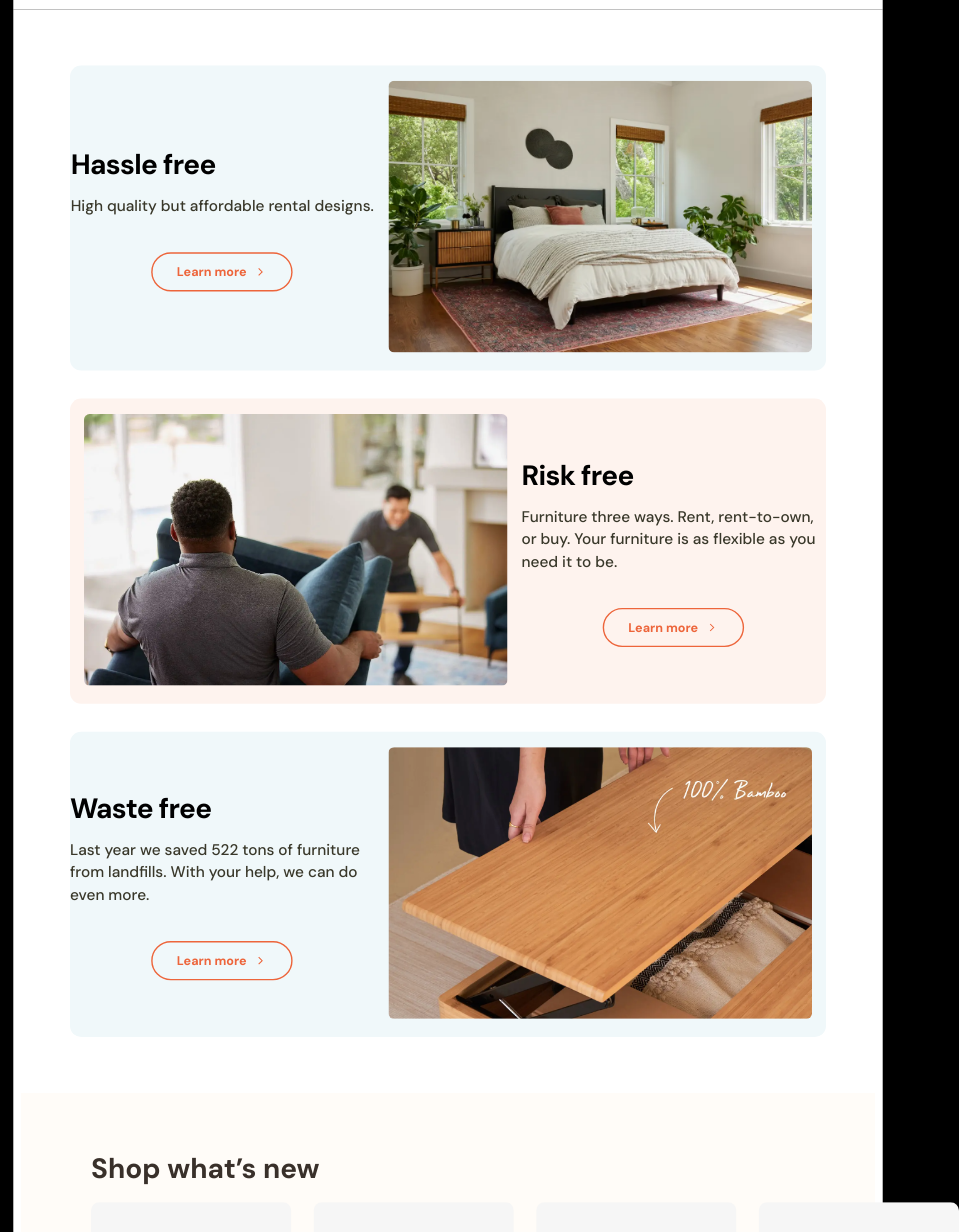
Repository: noman-source/Furniture-website
Page: index.html
These files come from the project's save history. The page is drawn as it stood at one moment and after a run of saves; the edit follows.
The browser window is 1280 px wide. The page is 1370 px wide, so the pictures cover 1370 px, including what lies to the right of the window. The pictures show the part of the page from y = 1788 to 3548 px (the page is 4317 px tall), at 70% of full size.
Some web fonts or font styles are not loaded; a fallback is used.

Above is the page before, as saved 2025-07-05 06:21:08.

### index.html
<!DOCTYPE html>
<html lang="en">

<head>
    <meta charset="UTF-8">
    <meta name="viewport" content="width=device-width, initial-scale=1.0">
    <title>Document</title>
    <link rel="stylesheet" href="style.css">
</head>

<body>
    <header>
        <div class="navbar">
            <div class="nav-left">
                <ul>
                    <li>Cards</li>
                    <li>About</li>
                    <li>App</li>
                </ul>
            </div>
            <div class="nav-center">
                <ul>
                    <li><img src="asserts/svg/navbar-logo.svg" alt=""></li>
                    <li>Halal_Lab</li>
                </ul>
            </div>
            <div class="nav-right"><button><img src="asserts/svg/search.svg" alt="">Check delivery area</button></div>
        </div>
    </header>
    <main>
        <div class="section1">
            <div class="section1-left">
                <div class="section1-text">
                    <h2>An innovative way to make furniture lighter</h2>
                    <h4>Discover hassle-free delivery, free assembly and the flexibility to rent, rent-to-own or buy.
                    </h4>
                    <div class="section1-butt"><button>
                            <p>Start shopping</p><img src="asserts/svg/arrow.svg" alt="">
                        </button></div>
                </div>
            </div>
            <div class="section1-right">
                <img src="asserts/image/img 1.jpg" alt="">
            </div>
        </div>
        <div class="section2">
            <ul>
                <li><img src="asserts/svg/checkmark-circle-01.svg" alt="">Fast, free delivery & assembly</li>
                <li><img src="asserts/svg/checkmark-circle-01.svg" alt="">Convenient rent or buy options</li>
                <li><img src="asserts/svg/checkmark-circle-01.svg" alt="">Low upfront costs for all rentals</li>
                <li><img src="asserts/svg/checkmark-circle-01.svg" alt="">Flexibility to buy out rental items later</li>
            </ul>
        </div>
        <div class="section3">
            <p>About our product</p>
            <div class="section3-content">
                <div class="box box1">
                    <div class="circle"><img src="asserts/svg/upload-03.svg" alt=""></div>
                    <p>We provide a high quality rental at an affordable price</p>
                </div>
                <div class="box box2">
                    <div class="circle"><img src="asserts/svg/drawing-mode.svg" alt=""></div>
                    <p>Feather has made furniture rentals
                        cool again.</p>
                </div>
                <div class="box box3">
                    <div class="circle"><img src="asserts/svg/cabinet-01.svg" alt=""></div>
                    <p>Ease the pain of moving from
                        apartment to apartment.</p>
                </div>

            </div>
        </div>
        <div class="section4">
            <p>Browse by room</p>
            <div class="section4-content">
                <div class="box box1"><img src="asserts/image/img 2.png" alt="">
                    <p>Office <img src="asserts/svg/Vector.svg" alt=""></p>
                </div>
                <div class="box box2"><img src="asserts/image/img 3.png" alt="">
                    <p>Bedroom <img src="asserts/svg/Vector.svg" alt=""></p>
                </div>
                <div class="box box3"><img src="asserts/image/img 4.png" alt="">
                    <p>Living room <img src="asserts/svg/Vector.svg" alt=""></p>
                </div>
                <div class="box box4"><img src="asserts/image/img 5.png" alt="">
                    <p>Dining room <img src="asserts/svg/Vector.svg" alt=""></p>
                </div>
            </div>
        </div>
        <div class="section5">
            <div class="section5-top">
                <div class="left">
                    <div class="text">
                        <h3>Hassle free</h3>
                        <p>High quality but affordable rental designs.</p>
                    </div>
                    <div class="button"><button>Learn more <img src="asserts/svg/arrow-down-01.svg" alt=""></button>
                    </div>
                </div>
                <div class="right"><img src="asserts/image/img 6.png" alt=""></div>
            </div>
            <div class="section5-middle">
                <div class="right"><img src="asserts/image/img 7.png" alt=""></div>
                <div class="left">
                    <div class="text">
                        <h3>Risk free</h3>
                        <p>Furniture three ways. Rent, rent-to-own, or buy. Your furniture is as flexible as you need it
                            to be.</p>
                    </div>
                    <div class="button"><button>Learn more <img src="asserts/svg/arrow-down-01.svg" alt=""></button>
                    </div>
                </div>
            </div>
            <div class="section5-end">
                <div class="left">
                    <div class="text">
                        <h3>Waste free</h3>
                        <p>Last year we saved 522 tons of furniture from landfills. With your help, we can do even more.
                        </p>
                    </div>
                    <div class="button"><button>Learn more <img src="asserts/svg/arrow-down-01.svg" alt=""></button>
                    </div>
                </div>
                <div class="right"><img src="asserts/image/img 8.png" alt=""></div>
            </div>
        </div>
        <div class="section6">
            <div class="section6-content">
                <h3>Shop what’s new</h3>
                <div class="boxes">
                    <div class="box">
                        <div class="box-top"><img src="asserts/image/img 9.png" alt=""></div>
                        <div class="box-bottom">
                            <h4>Valencia Modular </h4>
                            <p>$2,999</p>
                        </div>
                    </div>
                    <div class="box">
                        <div class="box-top"><img src="asserts/image/img 10.png" alt=""></div>
                        <div class="box-bottom">
                            <h4>The Floyd sofa</h4>
                            <p>$1200</p>
                        </div>
                    </div>
                    <div class="box">
                        <div class="box-top"><img src="asserts/image/img 11.png" alt=""></div>
                        <div class="box-bottom">
                            <h4>Playa Outdoor</h4>
                            <p>$1999</p>
                        </div>
                    </div>
                    <div class="box">
                        <div class="box-top"><img src="asserts/image/img 12.png" alt=""></div>
                        <div class="box-bottom">
                            <h4>Remi standing</h4>
                            <p>$2,999</p>
                        </div>
                    </div>
                </div>
            </div>
        </div>
    </main>

    <footer>
        <div class="boxes">
            <div class="box box1">
                <div class="box1-top">
                    <p>Be in the know<br>
                        Get the latest products, promotions, and design tips in your inbox. Sign up and get 25% off your
                        first month.</p>
                </div>
                <div class="box1-bottom"><input type="email"placeholder="Email"><button>Submit</button></div>
            </div>
            <div class="box box2"><ul>
                <li>Shop</li>
                <li>The Goods</li>
                <li>Feather for Business</li>
                <li>Get design help</li>
            </ul></div>
            <div class="box box3"><ul>
                <li>Help</li>
                <li>hello@livefeather.com</li>
                <li>FAQs</li>
            </ul></div>
            <div class="box box4"><ul>
                <li>Follow us</li>
                <li><img src="asserts/svg/Instagram.svg" alt=""><img src="asserts/svg/Twitter.svg" alt=""><img src="asserts/svg/pinterest.svg" alt=""><img src="asserts/svg/Facebook.svg" alt=""><img src="asserts/svg/linkdin.svg" alt=""></li>
            </ul></div>
        </div>
    </footer>

</body>

</html>

### style.css
@import url('https://fonts.googleapis.com/css2?family=DM+Sans:ital,opsz,wght@0,9..40,100..1000;1,9..40,100..1000&family=EB+Garamond:ital,wght@0,400..800;1,400..800&family=Flow+Circular&family=Montserrat:ital,wght@0,100..900;1,100..900&family=Open+Sans:ital,wght@0,300..800;1,300..800&family=Ramabhadra&display=swap');
body {
    font-family: "DM Sans", sans-serif;
    background-color: black;
}

.website {
    background-color: white;
}

* {
    margin: 0;
    padding: 0;
}

header .navbar {
    width: 97%;
    margin: auto;
    height: 72px;
    display: flex;
    justify-content: space-around;
    align-items: center;
    background-color: rgb(246, 244, 244);
    gap: 13%;
    border-bottom: 1px solid #E4E4E4;
}

header .navbar .nav-left {
    font-size: 16px;
    font-weight: 500;
    line-height: 24px;
    letter-spacing: -1%;
}

header .navbar .nav-left ul {
    display: flex;
    justify-content: center;
    align-items: center;
    gap: 50px;
}

header .navbar .nav-left ul li {
    list-style-type: none;
}

header .navbar .nav-center ul {
    display: flex;
    justify-content: center;
    align-items: center;
    gap: 10px;
    font-family: "Ramabhadra", sans-serif;
}

header .navbar .nav-center ul li {
    list-style-type: none;
    font-size: 18px;
    font-weight: 400;
    display: flex;
    justify-content: center;
    align-items: center;
}

header .navbar .nav-right button {
    width: 130%;
    height: 40px;
    background-color: #FD653E;
    border-radius: 32px;
    border: none;
    transform: translateX(-50px);
    display: flex;
    justify-content: center;
    align-items: center;
    gap: 15px;
    font-size: 16px;
    font-weight: 700;
    color: white;
}

main .section1 {
    width: 97%;
    margin: auto;
    height: 588px;
    background-color: #FFF3EF;
    display: flex;
    justify-content: space-around;
    align-items: center;
}

main .section1 .section1-right {
    width: 50%;
    display: flex;
    justify-content: center;
    align-items: center;
}

main .section1 .section1-left {
    width: 50%;
}

main .section1 .section1-left .section1-text {
    width: 70%;
    margin: auto;
    height: 250px;
    display: flex;
    flex-direction: column;
    gap: 20px;
}

main .section1 .section1-left .section1-text h2 {
    font-size: 48px;
    font-weight: 700;
}

main .section1 .section1-left .section1-text p {
    font-size: 18px;
    font-weight: 400;
    color: #39382A;
}

main .section1 .section1-left .section1-text button {
    width: 235px;
    height: 56px;
    display: flex;
    justify-content: center;
    align-items: center;
    gap: 10px;
    border-radius: 32px;
    border: transparent;
    background-color: #ED653B;
}

main .section1 .section1-left .section1-text button p {
    color: white;
    font-size: 20px;
    font-weight: 700;
    font-family: "DM Sans", sans-serif;
}

main .section1 .section1-right img {
    width: 645px;
    border-radius: 12px;
}

.section2 {
    height: 74px;
    width: 97%;
    margin: auto;
    background-color: #ECF4E9;
}

.section2 ul {
    height: 74px;
    display: flex;
    justify-content: space-between;
    align-items: center;
}

.section2 ul li {
    font-family: "DM Sans", sans-serif;
    list-style-type: none;
    display: flex;
    justify-content: center;
    align-items: center;
    gap: 5px;
    font-size: 18px;
    font-weight: 400;
}

.section3 {
    width: 97%;
    margin: auto;
    height: 516px;
    background-color: white;
}

.section3>p {
    font-size: 40px;
    font-weight: 700;
    height: 170px;
    display: flex;
    color: #39302A;
    justify-content: center;
    align-items: center;
}

.section3-content {
    display: flex;
    justify-content: center;
    align-items: center;
    gap: 32px;
}

.section3-content .box {
    width: 392px;
    border-radius: 12px;
    height: 244px;
    display: flex;
    align-items: center;
    justify-content: center;
    flex-direction: column;
    gap: 50px;
    box-shadow: 12px 16px 50px 0px #9A9A9A1F;
}

.section3-content .box .circle {
    width: 50px;
    height: 50px;
    transform: translateY(30px);
    gap: 10px;
    border-radius: 99px;
    /* Corrected to 99px based on later image */
    padding: 16px;
    /* Corrected to 16px based on later image */
    background-color: #E3E3E373;
    /* Corrected to #E3E3E3 based on later image */
}

.section3-content .box p {
    width: 373px;
    margin: auto;
    display: flex;
    font-family: DM Sans;
    font-weight: 500;
    font-size: 22px;
    line-height: 32px;
    text-align: center;
    /* letter-spacing: 0%; */
    /* vertical-align: middle; */
}

.section4 {
    width: 97%;
    margin: auto;
    height: 551px;
    background-color: white;
}

.section4>p {
    font-weight: 700;
    font-size: 40px;
    line-height: 56px;
    letter-spacing: -0.96px;
    padding-top: 50px;
    padding-left: 100px;
    /* Added based on later image */
}

.section4 .section4-content {
    height: 287px;
    display: flex;
    justify-content: flex-start;
    padding-left: 100px;
    padding-top: 50px;
    gap: 32px;
}

.section4 .section4-content .box {
    height: 287px;
    display: flex;
    flex-direction: column;
    gap: 20px;
}

.section4 .section4-content .box>img {
    height: 239px;
    width: 285px;
    border-radius: 12px;
}

.section4 .section4-content .box p {
    font-family: DM Sans;
    font-weight: 500;
    font-size: 22px;
    line-height: 32px;
    display: flex;
    gap: 16px;
    /* Corrected to 16px based on later image */
    justify-content: flex-start;
    align-items: center;
    /* Added based on later image */
    color: #39382A;
    /* Added based on later image */
}

.section5 {
    height: 1548px;
    background-color: white;
    width: 97%;
    margin: auto;
    display: flex;
    justify-content: center;
    align-items: center;
    flex-direction: column;
    gap: 40px;
}

.section5>.section5-top,
.section5-middle,
.section5-end {
    height: 436px;
    width: 87%;
    border-radius: 16px;
    /* border: 2px solid #E4E4E4; */
    /* margin: auto; */
}

.section5 .section5-top {
    background-color: #F0F8Fa;
    display: flex;
    justify-content: space-around;
    align-items: center;
}

.section5 .section5-middle {
    background-color: #FEF3EE;
    display: flex;
    justify-content: space-around;
    align-items: center;
}

.section5 .section5-end {
    background-color: #F0F8FA;
    display: flex;
    justify-content: space-around;
    align-items: center;
}

.section5 .right img {
    width: 605px;
    height: 388px;
    border-radius: 8px;
}

.section5 .left {
    width: 50%;
    display: flex;
    flex-direction: column;
    justify-content: center;
    align-items: center;
    gap: 50px;
}

.section5 .left .text {
    display: flex;
    flex-direction: column;
    gap: 16px;
    font-family: DM Sans;
    font-weight: 500;
    font-style: Medium;
    font-size: 22px;
    line-height: 32px;
    letter-spacing: 0%;
    vertical-align: middle;

}

.section5 .left .button {
    display: flex;
    justify-content: flex-start;
}

.section5 .left .text button {
    width: 400px;
}

.section5 .right {
    padding: 20px;
}

.section5 h3 {
    font-weight: 700;
    font-size: 40px;
    line-height: 56px;
    letter-spacing: -0.96px;
}

.section5 p {
    font-family: DM Sans;
    font-weight: 500;
    font-size: 22px;
    line-height: 32px;
    letter-spacing: 0%;
    /* Added based on later image */
    vertical-align: middle;
    /* Added based on later image */
    color: #39382A;
    /* Added based on later image */
}

.section5 .left button {
    width: 202px;
    height: 56px;
    gap: 10px;
    border-width: 1px;
    padding-top: 16px;
    padding-right: 32px;
    padding-bottom: 16px;
    padding-left: 32px;
    border-radius: 32px;
    background-color: transparent;
    border: 2px solid #ED653B;
    color: #ED653B;
    display: flex;
    justify-content: center;
    align-items: center;
    font-family: DM Sans;
    font-weight: 700;
    font-size: 18px;
}

.section6 {
    background-color: white;
    height: 730px;
    width: 97%;
    margin: auto;
}

.section6 img {
    width: 286px;
    height: 203px;
    border-radius: 12px;
}

.section6 .section6-content {
    height: 548px;
    background-color: #FFFCF8;
    width: 90.2%;
    margin: auto;
    padding-left: 100px;
    padding-top: 80px;
    display: flex;
    flex-direction: column;
    gap: 20px;
}

.section6-content .boxes {
    display: flex;
    gap: 32px;
}

.section6-content .boxes .box {
    display: flex;
    flex-direction: column;
    gap: 19px;
}

.section6 h3 {
    /* font-family: Circular Std; */
    font-weight: 700;
    font-size: 40px;
    line-height: 56px;
    letter-spacing: 0px;
    vertical-align: middle;
    color: #39302A;
}

.section6-content .box-bottom {
    display: flex;
    flex-direction: column;
    gap: 4px;
}

.section6-content .box-bottom h4 {
    font-family: DM Sans;
    font-weight: 500;
    font-size: 18px;
    line-height: 26px;
    letter-spacing: 0%;
    vertical-align: middle;
    color: #39302A;
}

.section6-content .box-bottom p {
    font-family: DM Sans;
    font-weight: 500;
    font-size: 16px;
    line-height: 24px;
    letter-spacing: -1%;
    vertical-align: middle;
    color: #ED653B;
}

footer {
    border-top: 1px solid #DCD8D5;
    width: 97%;
    background-color: white;
    height: 236px;
    margin: auto;
    display: flex;
    justify-content: center;
    align-items: center;
    /* transform: translateY(130px); */
}

footer .boxes {
    display: grid;
    grid-template-columns: 401px 186px 186px 170px;
    width: 85%;
    margin: auto;
    /* background-color: #39382A; */
    height: 144px;
    justify-content: space-between;
}

footer .boxes .box1 {
    display: flex;
    flex-direction: column;
    gap: 24px;
}


footer .boxes .box1 .box1-top {
    font-weight: 400;
    font-size: 14.13px;
    line-height: 24px;
    letter-spacing: 0%;
    vertical-align: middle;
}

footer .boxes .box1 .box1-bottom {
    display: flex;
    gap: 16px;
    justify-content: center;
    align-items: center;
}

footer .boxes .box1 .box1-bottom input {
    width: 245px;
    height: 48px;
    border: 1px solid #EDEDED;
    border-radius: 32px;
    outline: none;
}

footer .boxes .box1 .box1-bottom input::placeholder {
    transform: translateX(20px);
    font-family: DM Sans;
    font-weight: 500;
    font-size: 16px;
    line-height: 24px;
    letter-spacing: -1%;
    vertical-align: middle;
    color: #BABABA;
}

footer .boxes .box1 .box1-bottom button {
    width: 140px;
    height: 48px;
    border-width: 1px;
    border-radius: 48px;
    border: 1px solid #ED653B;
    background-color: transparent;
    font-family: DM Sans;
    font-weight: 500;
    font-size: 16px;
    line-height: 24px;
    letter-spacing: -1%;
    vertical-align: middle;
    color: #ED653B;
}

footer .boxes ul li:first-child {
    font-weight: 500;
    font-size: 16px;
    letter-spacing: -0.16px;
    color: #2A2A2D;
}

footer .boxes ul {
    display: flex;
    flex-direction: column;
    gap: 16px;
}

footer .boxes ul li {
    list-style-type: none;
    font-family: DM Sans;
    font-weight: 400;
    /* Added based on latest image */
    font-size: 14px;
    /* Added based on latest image */
    color: #39302A;
    /* Added based on latest image */
}

footer .boxes .box4 li:last-of-type {
    display: flex;
    justify-content: space-between;
    align-items: center;
}

After the next 2 saves:
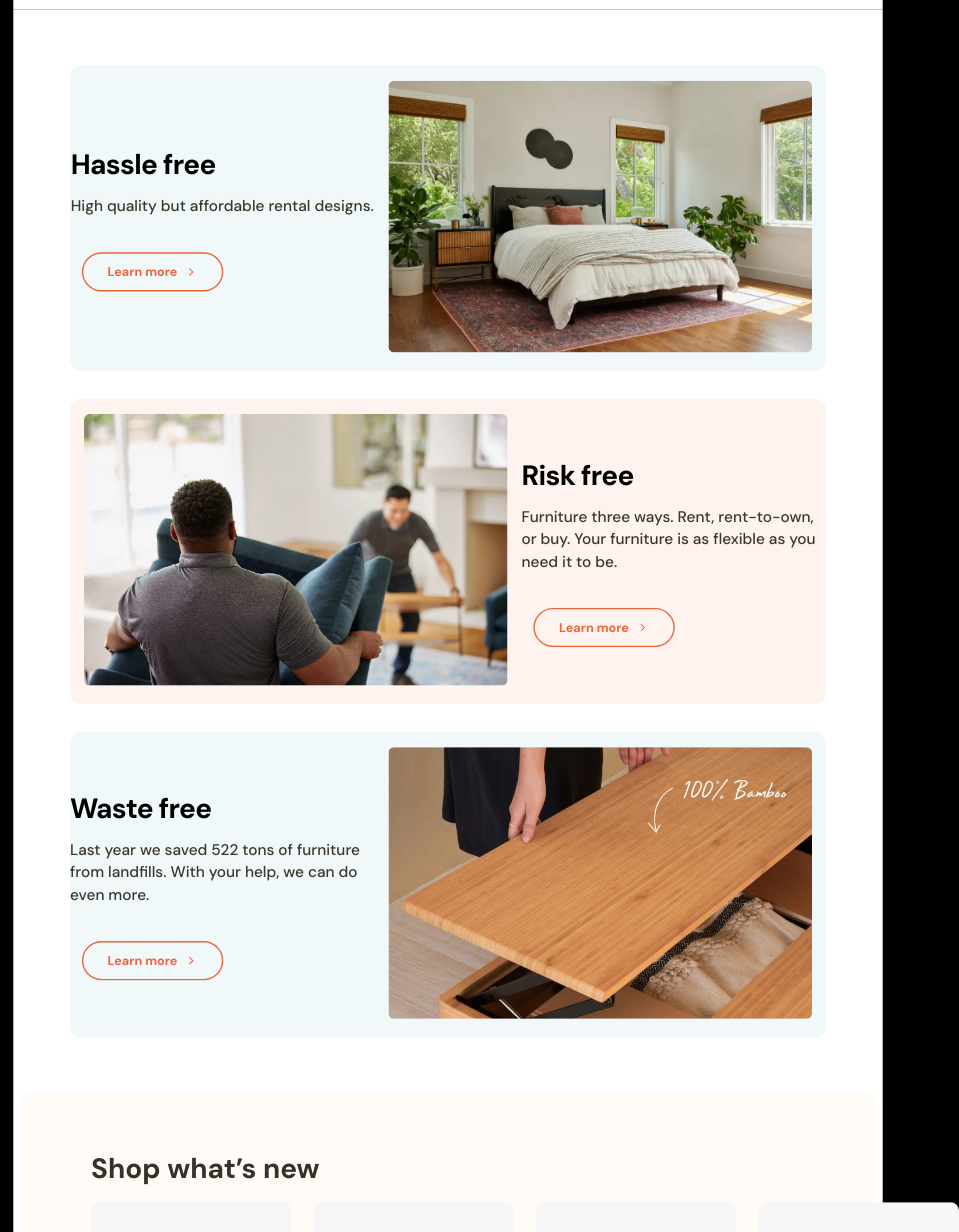
The 2 saves are shown as one change because they came seconds apart.
The last was saved 7 min 12 s later.
--- a/style.css
+++ b/style.css
@@ -357,11 +357,10 @@
 .section5 .left .button {
     display: flex;
     justify-content: flex-start;
-}
-
-.section5 .left .text button {
     width: 400px;
 }
+
+
 
 .section5 .right {
     padding: 20px;
